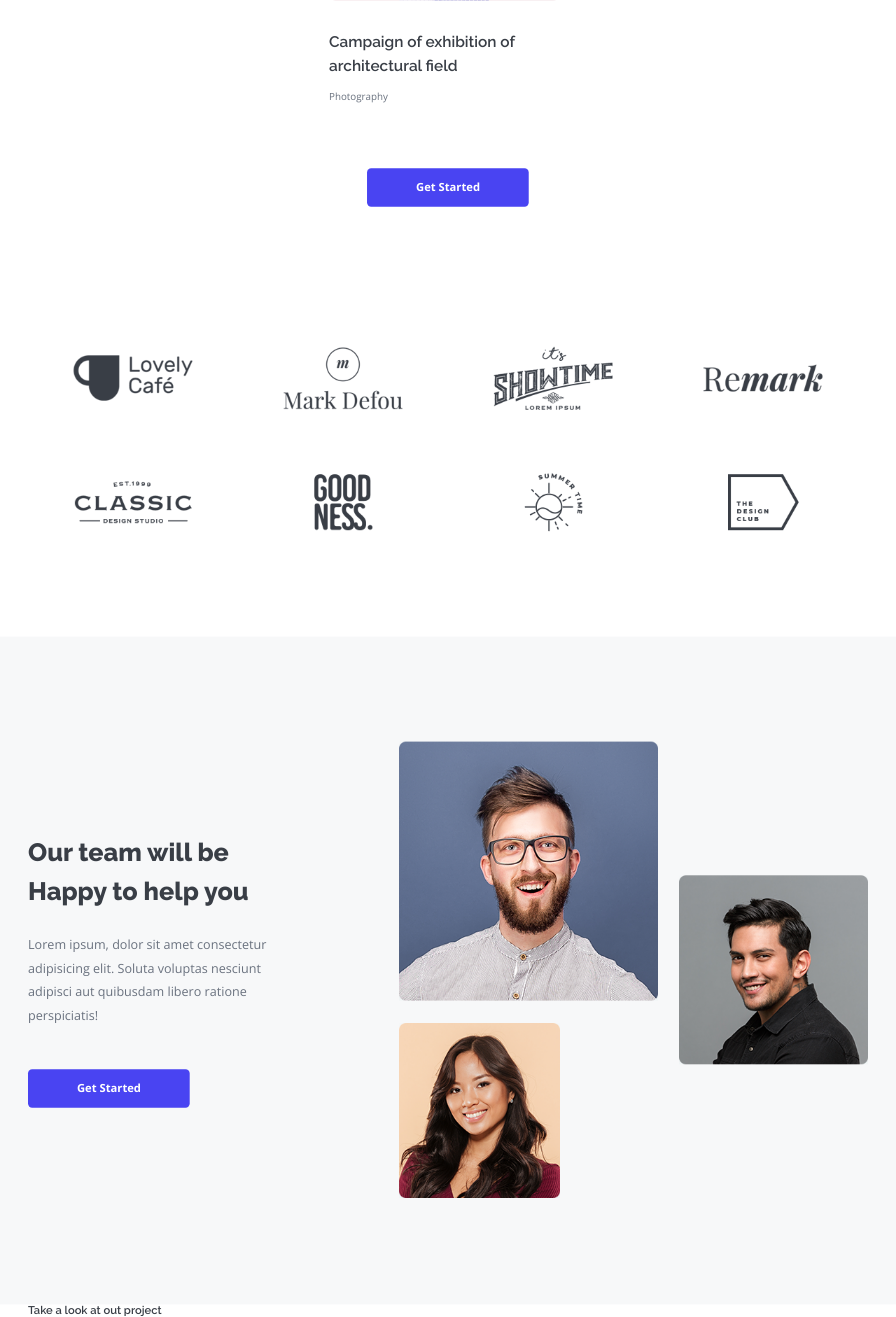
Repository: kate30980/LP-practiceoctavian
Page: index.html
An editor plug-in stored every save of this project. The page is shown before and after the next save, followed by the edit.
The browser window is 1280 px wide. The pictures show the part of the page from y = 3168 to 5088 px (the page is 5049 px tall before and 5088 px after), at 70% of full size.
The style sheet was rebuilt from its Sass, Less or Tailwind sources for each picture, by a compiler version that may differ from the author's.

Above is the page before, as saved 2021-08-25 16:26:41.

### index.html
<!DOCTYPE html>
<html lang="en">

<head>
    <meta charset="UTF-8">
    <meta http-equiv="X-UA-Compatible" content="IE=edge">
    <meta name="viewport" content="width=device-width, initial-scale=1.0">
    <title>Octavian LP</title>
    <script type="module" src="https://unpkg.com/ionicons@5.5.2/dist/ionicons/ionicons.esm.js"></script>
    <script nomodule src="https://unpkg.com/ionicons@5.5.2/dist/ionicons/ionicons.js"></script>
    <link rel="preconnect" href="https://fonts.googleapis.com">
    <link rel="preconnect" href="https://fonts.gstatic.com" crossorigin>
    <link
        href="https://fonts.googleapis.com/css2?family=Open+Sans:wght@300;400;600;700&family=Raleway:wght@600;700;800&display=swap"
        rel="stylesheet">
    <link rel="stylesheet" href="css/app.css">
</head>

<body>
    <header class="header">
        <div class="container">
            <div class="header-main">
                <img src="./images/logo.png" alt="logo-header" class="header-logo">
                <div class="navigation">
                    <p class="header-phone">Phone: <span>+055 - 951 237 851</span></p>
                    <img src="./images/icon-search.png" alt="" class="icon-search">
                    <img src="./images/icon-bars.png" alt="" class="icon-toggle">
                </div>
            </div>
        </div>
    </header>
    <main>
        <section class="hero">
            <img src="./images/img1.png" alt="img-header" class="hero-image">
            <div class="container">
                <div class="hero-content">
                    <h2 class="hero-caption second-font">creative & digital</h2>
                    <h1 class="hero-heading second-font">Agency</h1>
                    <a href="#" class="hero-link">Purchase Now</a>
                </div>
            </div>
        </section>
        <section class="portfolio">
            <div class="container">
                <div class="portfolio-list">
                    <div class="portfolio-column">
                        <div class="portfolio-item">
                            <div class="portfolio-image">
                                <img src="./images/img2.png" alt="img2">
                            </div>
                            <h3 class="portfolio-title second-font">Campaign of exhibition of architectural field</h3>
                            <div class="portfolio-category">Photography</div>
                        </div>
                        <div class="portfolio-item">
                            <div class="portfolio-image">
                                <img src="./images/img3.png" alt="img2">
                            </div>
                            <h3 class="portfolio-title second-font">Campaign of exhibition of architectural field</h3>
                            <div class="portfolio-category">Photography</div>
                        </div>
                        <div class="portfolio-item">
                            <div class="portfolio-image">
                                <img src="./images/img4.png" alt="img2">
                            </div>
                            <h3 class="portfolio-title second-font">Campaign of exhibition of architectural field</h3>
                            <div class="portfolio-category">Photography</div>
                        </div>
                    </div>
                    <div class="portfolio-column">
                        <div class="portfolio-item">
                            <div class="portfolio-image">
                                <img src="./images/img5.png" alt="img2">
                            </div>
                            <h3 class="portfolio-title second-font">Campaign of exhibition of architectural field</h3>
                            <div class="portfolio-category">Photography</div>
                        </div>
                        <div class="portfolio-item">
                            <div class="portfolio-image">
                                <img src="./images/img6.png" alt="img2">
                            </div>
                            <h3 class="portfolio-title second-font">Campaign of exhibition of architectural field</h3>
                            <div class="portfolio-category">Photography</div>
                        </div>
                        <div class="portfolio-item">
                            <div class="portfolio-image">
                                <img src="./images/img7.png" alt="img2">
                            </div>
                            <h3 class="portfolio-title second-font">Campaign of exhibition of architectural field</h3>
                            <div class="portfolio-category">Photography</div>
                        </div>
                        <div class="portfolio-item">
                            <div class="portfolio-image">
                                <img src="./images/img8.png" alt="img2">
                            </div>
                            <h3 class="portfolio-title second-font">Campaign of exhibition of architectural field</h3>
                            <div class="portfolio-category">Photography</div>
                        </div>
                    </div>
                    <div class="portfolio-column">
                        <div class="portfolio-item">
                            <div class="portfolio-image">
                                <img src="./images/img9.png" alt="img2">
                            </div>
                            <h3 class="portfolio-title second-font">Campaign of exhibition of architectural field</h3>
                            <div class="portfolio-category">Photography</div>
                        </div>
                        <div class="portfolio-item">
                            <div class="portfolio-image">
                                <img src="./images/img10.png" alt="img2">
                            </div>
                            <h3 class="portfolio-title second-font">Campaign of exhibition of architectural field</h3>
                            <div class="portfolio-category">Photography</div>
                        </div>
                        <div class="portfolio-item">
                            <div class="portfolio-image">
                                <img src="./images/img11.png" alt="img2">
                            </div>
                            <h3 class="portfolio-title second-font">Campaign of exhibition of architectural field</h3>
                            <div class="portfolio-category">Photography</div>
                        </div>
                    </div>
                </div>
                <a href="" class="btn btn--primary portfolio-link">
                    Get Started
                </a>
            </div>
        </section>
        <section class="partner">
            <div class="container">
                <div class="partner-main">
                    <div class="partner-item">
                        <img src="./images/logo1.png" alt="logo1">
                    </div>
                    <div class="partner-item">
                        <img src="./images/logo2.png" alt="logo1">
                    </div>
                    <div class="partner-item">
                        <img src="./images/logo3.png" alt="logo1">
                    </div>
                    <div class="partner-item">
                        <img src="./images/logo4.png" alt="logo1">
                    </div>
                    <div class="partner-item">
                        <img src="./images/logo5.png" alt="logo1">
                    </div>
                    <div class="partner-item">
                        <img src="./images/logo6.png" alt="logo1">
                    </div>
                    <div class="partner-item">
                        <img src="./images/logo7.png" alt="logo1">
                    </div>
                    <div class="partner-item">
                        <img src="./images/logo8.png" alt="logo1">
                    </div>
                </div>
            </div>
        </section>
        <section class="team">
            <div class="container">
                <div class="team-main">
                    <div class="team-content">
                        <h2 class="team-heading second-font">Our team will be Happy to help you</h2>
                        <p class="team-desc">Lorem ipsum, dolor sit amet consectetur adipisicing elit. Soluta voluptas
                            nesciunt adipisci aut quibusdam libero ratione perspiciatis!</p>
                        <a href="#" class="btn btn--primary">Get Started</a>
                    </div>
                    <div class="team-images">
                        <div class="team-column">
                            <div class="team-image">
                                <img src="./images/team1.png" alt="team">
                            </div>
                            <div class="team-image">
                                <img src="./images/team2.png" class="team-img2" alt="team">
                            </div>
                        </div>
                        <div class="team-column">
                            <div class="team-image">
                                <img src="./images/team3.png" alt="team">
                            </div>
                        </div>
                    </div>
                </div>
            </div>
        </section>
        <section class="blog">
            <div class="container">
                <div class="blog-header">
                    <h2 class="blog-heading heading second-font">Take a look at out project</h2>
                </div>
                <div class="blog-list"></div>
            </div>
        </section>
    </main>
</body>

</html>

### sass/app.scss
@import "variables";
@import "function";
@import "reset";
@import "base";
@import "header";
@import "hero";
@import "portfolio";
@import "partner";
@import "team";

### sass/_variables.scss
$primary-font: "Open sans", sans-serif;
$secondary-font: "Raleway", sans-serif;
$gray: #393e46;
$gray-light: #6a727f;
$blue-color: #4944F2;
$gray-lighter: #f7f8f9;

### sass/_function.scss
@function lineH($s, $h){
    @return $s / $h;
}

### sass/_base.scss
body{
    font-family: $primary-font;
    font-size: 16px;
    line-height:1;
    color: $gray-light;
    max-width: 1920px;
    margin: 0 auto;
}
.container{
    max-width: 1200px;
    margin: 0 auto;
    padding:0 15px;
}
.second-font{
    font-family: $secondary-font;
    color: $gray;
}

.btn{
    cursor: pointer;
    outline: none;
    display: inline-flex;
    justify-content: center;
    align-items: center;
    color: white;
    font-weight: bold;
    font-size: 16px;
    font-family: 'Open sans',sans-serif;
    height: 55px;
    padding: 0 70px;
    border-radius: 6px;
    &--primary{
        background-color: $blue-color;
        text-decoration: none;
    }
}
h2{
    color: $gray;
}

### sass/_header.scss
.header{
    &-main{
         display: flex;
         justify-content: space-between;
         align-items: center;
         padding: 40px 0;
    }
    &-phone{
        color: $gray;
        font-weight: 300;
        span{
            font-weight: 600;
            margin-left: 15px;
        }
    }
}
.navigation{
    display: flex;
    align-items: center;
    gap: 0 60px;
}

### sass/_hero.scss
.hero{
    position: relative;
    margin-bottom: 200px;
    &-image{
        margin-left: auto;
        display: block;
    }
    &-content{
        position: absolute;
        top: 50%;
        transform: translateY(-50%);
        z-index: 2;
    }
    &-caption{
        font-size: 72px;
        font-weight: 600;
        color: black;
    }
    &-heading{
        font-weight: 800;font-size: 150px;
        text-transform: uppercase;
        margin-bottom: 40px;
        color: black;
    }
    &-link{
        font-size: 18px;
        text-decoration: underline;
        color: $gray-light;
        display: inline-block;
        font-weight: 600;
    }
}

### sass/_portfolio.scss
.portfolio{
    margin-bottom: 200px;
    &-list{
        display: grid;
        grid-template-columns: repeat(3,1fr);
        grid-gap: 0 90px;
        margin-bottom: 95px;
    }
    &-image{
        margin-bottom: 40px;
    }
    &-title{
        color: #393e46;
        font-size: 22px;
        line-height: 1.56;
        margin-bottom: 20px;
    }
    &-category{
        font-size: 14px;
    }
    &-column{
        display: flex;
        flex-direction: column;
        gap: 85px 0;
    }
    &-link{
        position: relative;
        left: 50%;
        transform: translateX(-50%);
        // ceterin, đưa phần tử ra giữa khung
    }
}

### sass/_partner.scss
.partner{
    margin-bottom: 150px;
    &-main{
        display: grid;
        grid-template-columns: repeat(4,1fr);
        grid-gap: 90px 0;
    }
    &-item{
        padding: 0 50px;
        display: flex;
        justify-content: center;
        align-items: center;
        transition: opacity 0.2 linear;
        cursor: pointer;
        &:hover{
            opacity: 0.1;
        }
    }
}

### sass/_team.scss
.team{
    padding: 150px 0;
    background-color: $gray-lighter;
    &-main{
        display: flex;
        align-items: center;
        // facenter
        justify-content: space-between;
    }
    &-content{
        max-width: 370px;
        flex-shrink: 0;
        width: 100%;
    }
    &-images{
        display: flex;
        align-items: center;
        gap: 0 30px;
    }
    &-img2{
        margin-top: 30px;
        margin-left: auto;
    }
    &-heading{
        font-size: 36px;
        font-weight: 800;
        line-height: 1.55;
        margin-bottom: 30px;
    }
    &-desc{
        font-size: 18px;
        line-height: lineH(34,18);
        margin-bottom: 60px;
    }

}

Loaded but not shown: sass/_reset.scss (common file)

After the next save:
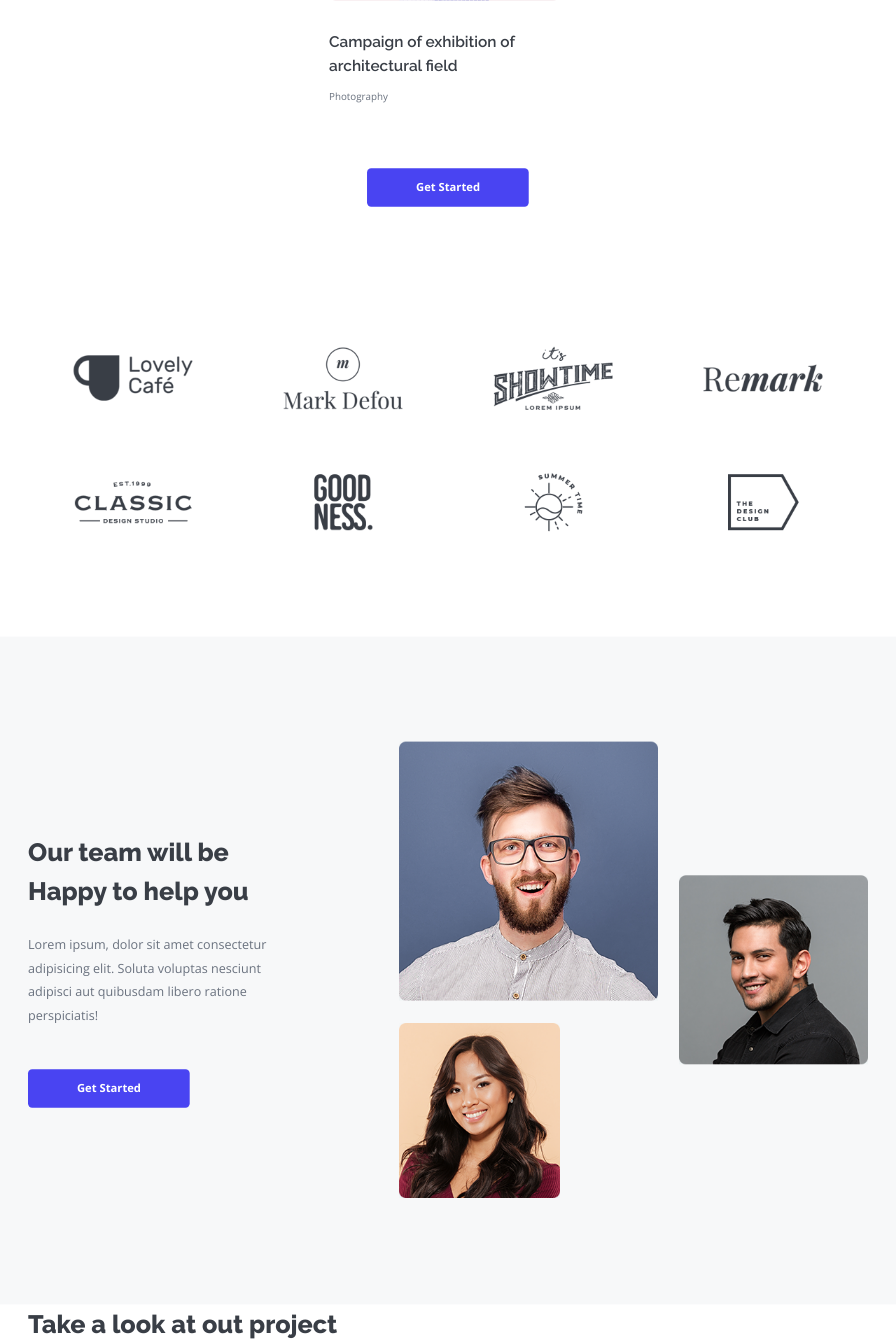
Saved 75 s later.
--- a/sass/_base.scss
+++ b/sass/_base.scss
@@ -37,3 +37,9 @@ body{
 h2{
     color: $gray;
 }
+.heading{
+    font-size: 36px;
+    line-height: lineH(56,36);
+    font-weight: 800;
+    font-family: $secondary-font;
+}
